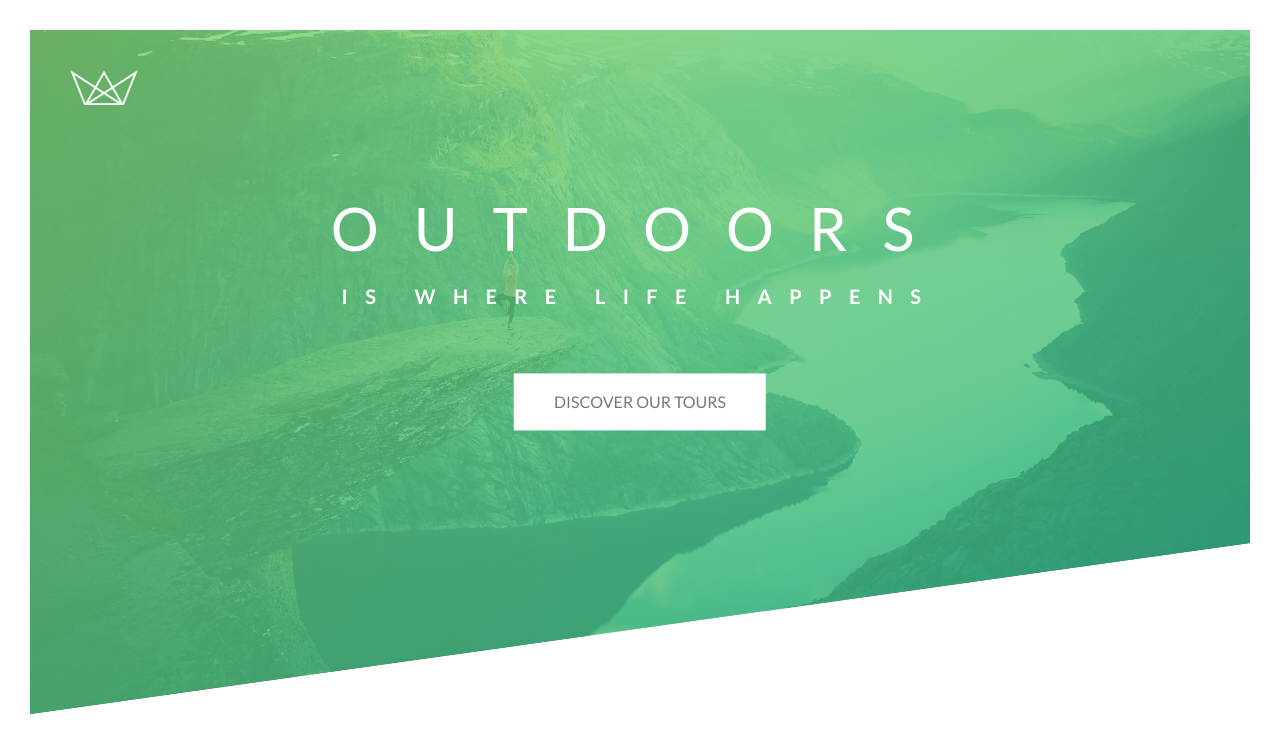
Repository: taivuong95/natours-fe
Page: index.html
An editor plug-in stored every save of this project. The page is shown before and after the next save, followed by the edit.
The browser window is 1280 px wide. The pictures show the whole page.

Above is the page before, as saved 2020-12-09 16:16:54.

After the next save:
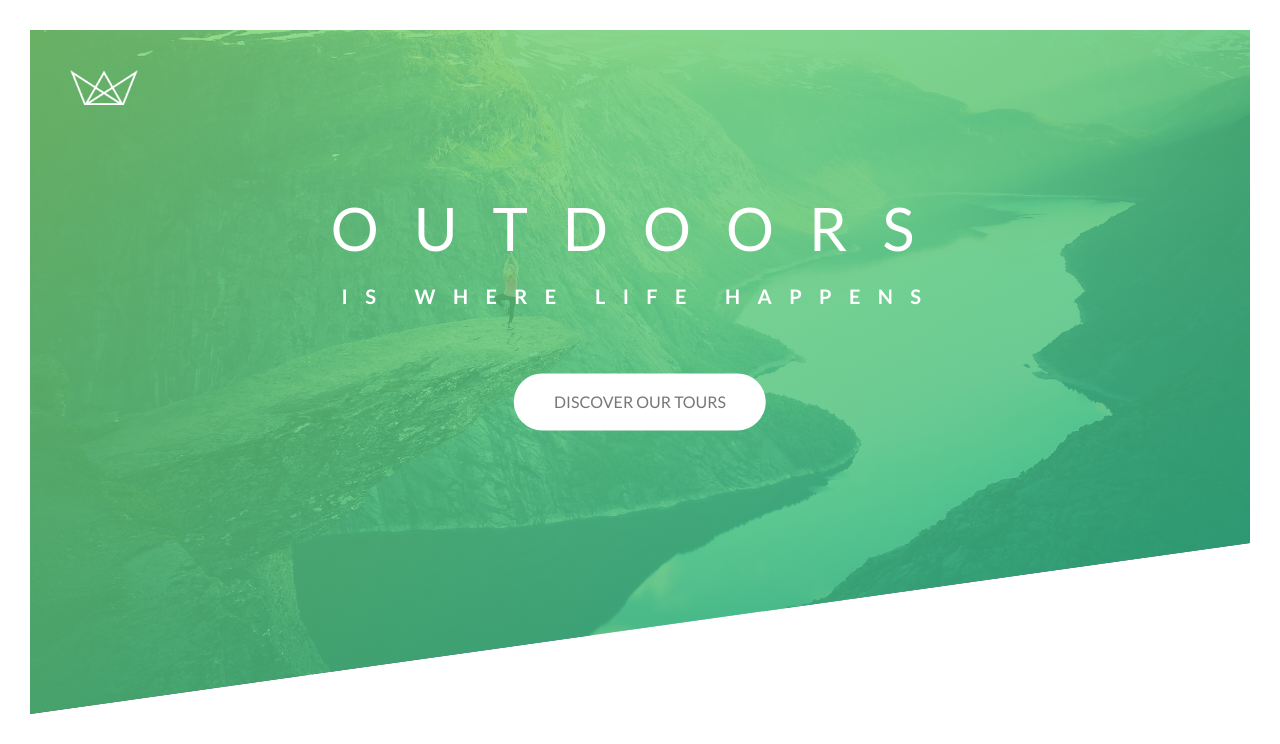
Saved 48 s later.
--- a/css/style.css
+++ b/css/style.css
@@ -119,6 +119,7 @@ body {
   text-decoration: none;
   padding: 15px 40px;
   display: inline-block;
+  border-radius: 100px;
 }
 
 .btn:hover {
